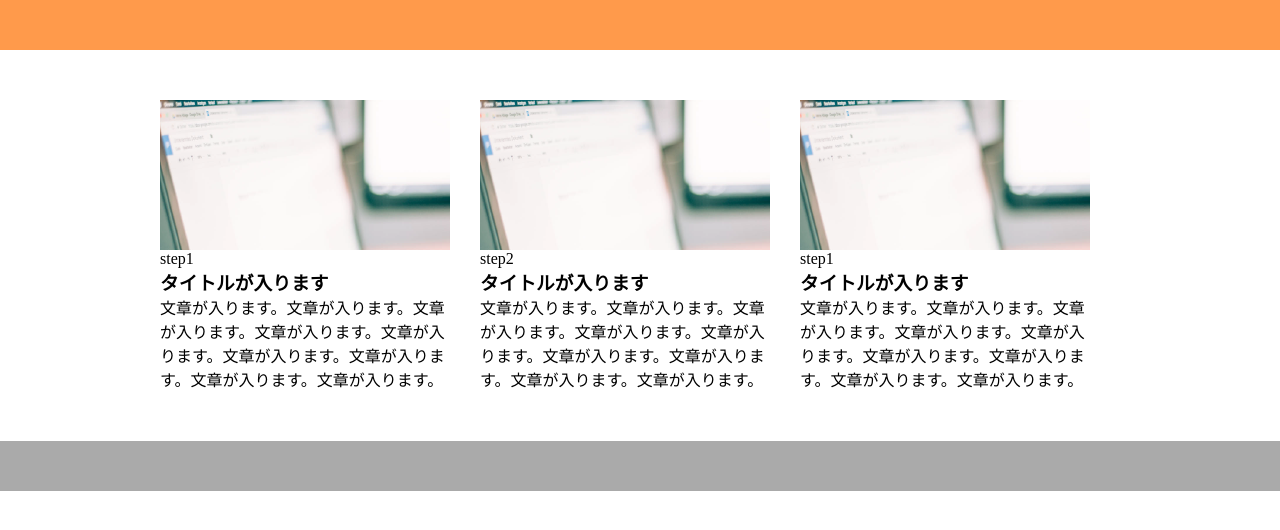
Repository: yuu2310/dmm-webcamp
Page: chapter9_exericise/index.html
The author's editor kept a record of every edit. The page is drawn from the files as they stood at one moment, then again after the next edit.
The browser window is 1280 px wide. The pictures show the whole page.
Some web libraries are served in a nearby version.

Above is the page before.

### chapter9_exericise/index.html
<!DOCTYPE HTML>
<html lang="ja">
  <head>
    <meta charset="UTF-8" />
    <script src="https://kit.fontawesome.com/ce194f1660.js" crossorigin="anonymous"></script>
    <title>chapter9演習</title>
    <link rel="stylesheet" href="style.css"/>
  </head>

  <body>
    <!--<div class="position">-->
    <!--  <i class="fa-brands fa-twitter"></i>-->
    <!--  <i class="fa-brands fa-facebook"></i>-->
    <!--</div>-->
    <header></header>
    <main>
      <div class="step-box">
        <div class="step-img1"></div>
        <span class="step-num">step1</span>
        <h3 class="title">タイトルが入ります</h3>
        <p>文章が入ります。文章が入ります。文章が入ります。文章が入ります。文章が入ります。文章が入ります。文章が入ります。文章が入ります。文章が入ります。</p>
      </div>
      <div class="step-box">
        <div class="step-img1"></div>
        <span class="step-num">step2</span>
        <h3 class="title">タイトルが入ります</h3>
        <p>文章が入ります。文章が入ります。文章が入ります。文章が入ります。文章が入ります。文章が入ります。文章が入ります。文章が入ります。文章が入ります。</p>
      </div>
      <div class="step-box">
        <div class="step-img1"></div>
        <span class="step-num">step1</span>
        <h3 class="title">タイトルが入ります</h3>
        <p>文章が入ります。文章が入ります。文章が入ります。文章が入ります。文章が入ります。文章が入ります。文章が入ります。文章が入ります。文章が入ります。</p>
      </div>
    </main>
    <footer></footer>
  </body>
</html>

### chapter9_exericise/style.css
* {
  margin: 0;
  padding: 0;
  box-sizing: border-box;
}

/*i {*/
/*  font-size: 32px;*/
/*}*/

/*.position {*/
/*  position: absolute;*/
/*  right: 40px;*/
/*  top: 100px;*/
/*}*/

header {
  width: 100%;
  height: 50px;
  background-color: #FF9A4B;
}

main {
  width: 960px;
  margin: 50px auto;
  display: flex;
}

.step-box {
  width: 300px;
  margin-right: 30px;
}

.step-img1 {
  height: 150px;
  padding: 10px;
  background-image: url(chapter9/flow01.png);
}

.step-img1 {
  height: 150px;
  padding: 10px;
  background-image: url(chapter9/flow01.png);
}

.step-img1 {
  height: 150px;
  padding: 10px;
  background-image: url(chapter9/flow01.png);
}

footer {
  width: 100%;
  height: 50px;
  background-color: #AAAAAA;
}

After the next edit:
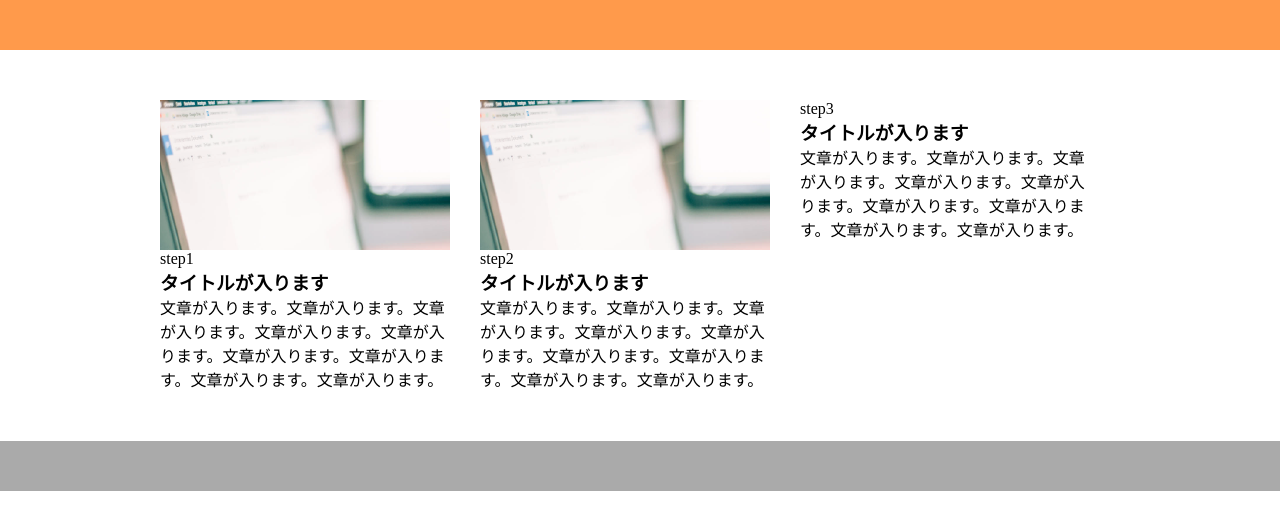
The edit:
--- a/chapter9_exericise/index.html
+++ b/chapter9_exericise/index.html
@@ -27,8 +27,8 @@
         <p>文章が入ります。文章が入ります。文章が入ります。文章が入ります。文章が入ります。文章が入ります。文章が入ります。文章が入ります。文章が入ります。</p>
       </div>
       <div class="step-box">
-        <div class="step-img1"></div>
-        <span class="step-num">step1</span>
+        <div class="step-img3"></div>
+        <span class="step-num">step3</span>
         <h3 class="title">タイトルが入ります</h3>
         <p>文章が入ります。文章が入ります。文章が入ります。文章が入ります。文章が入ります。文章が入ります。文章が入ります。文章が入ります。文章が入ります。</p>
       </div>
